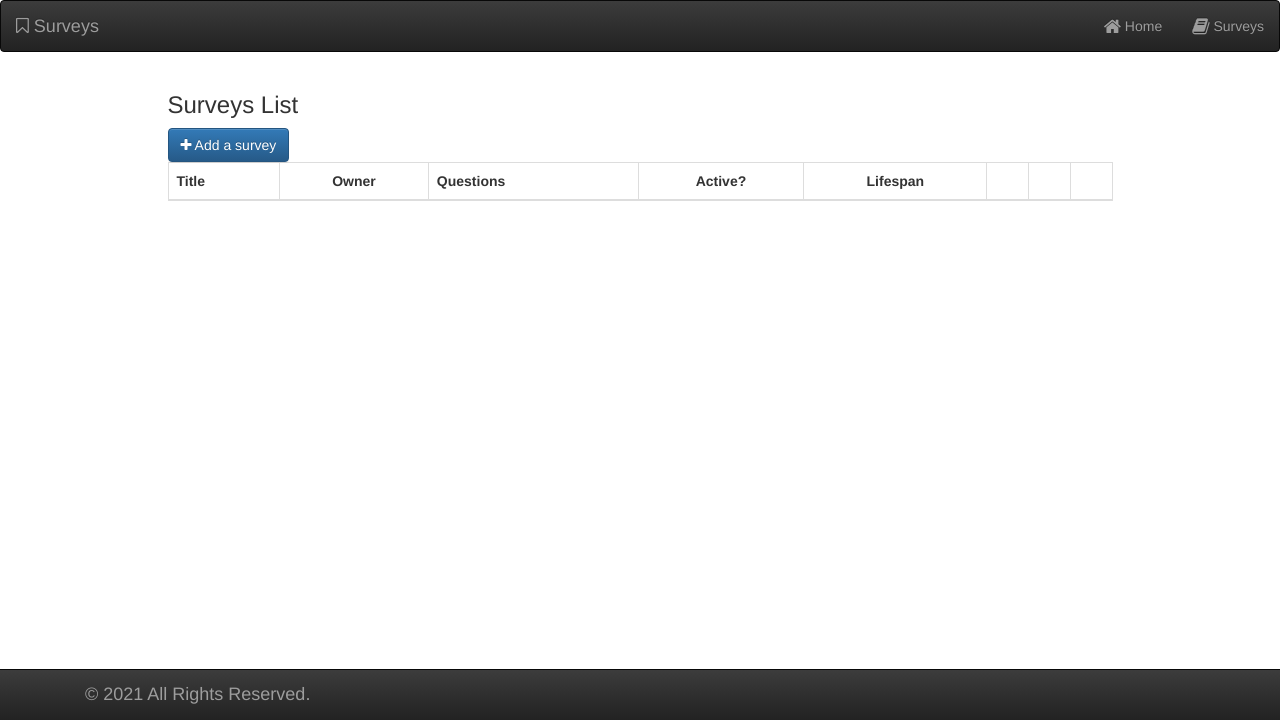
Repository: kelvinongtoronto/modern-survey
Page: http://localhost/surveys
An editor plug-in stored every save of this project. The page is shown before and after the next save, followed by the edit.
The browser window is 1280 px wide. The pictures show the whole page.
The page is served by the project's Node server (server.js). Queries for data that is not in the repository find no rows.

Above is the page before, as saved 2021-07-23 10:10:16.

After the next save:
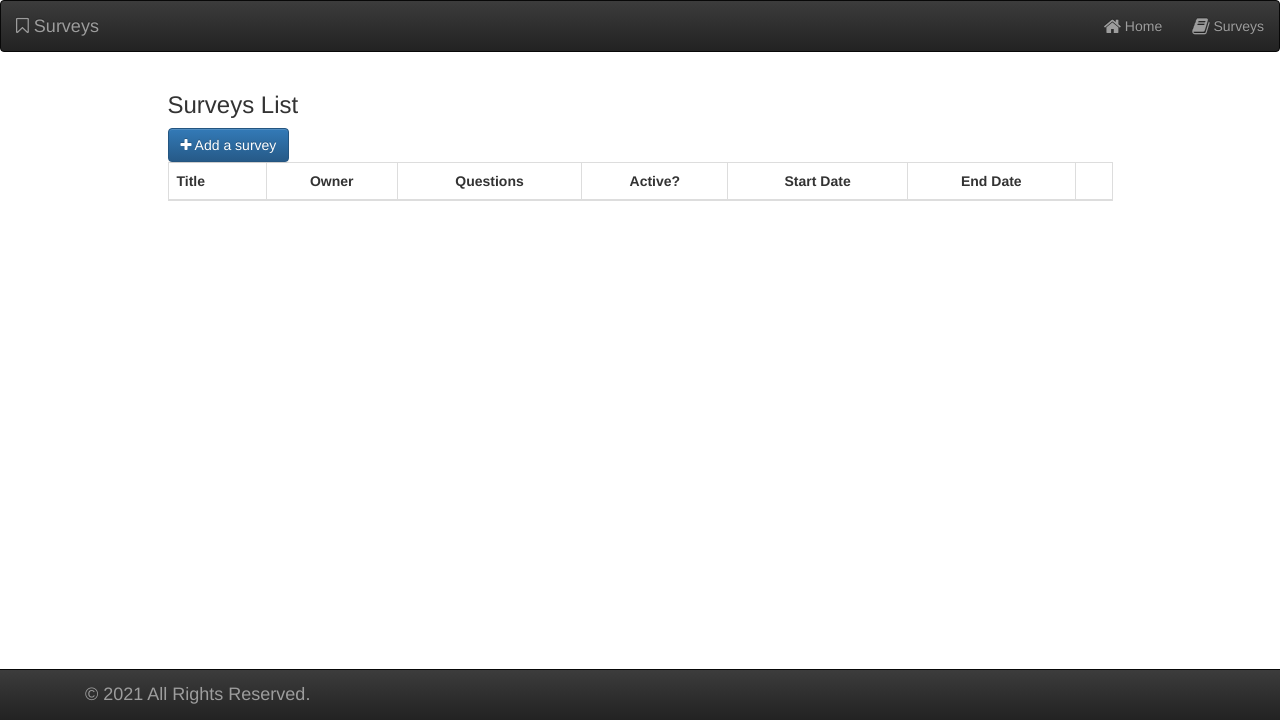
Saved 6 min 17 s later.
--- a/server/views/surveys/index.ejs
+++ b/server/views/surveys/index.ejs
@@ -12,14 +12,25 @@
             <thead>
               <!-- Header Row -->
               <tr>
-                <th>Title</th>
-                <th class="text-center">Owner</th>
-                <th class="col-4">Questions</th>
-                <th class="text-center">Active?</th>
-                <th class="text-center">Lifespan</th>
-                <th class="text-center"></th>
-                <th class="text-center"></th>
-                <th class="text-center"></th>
+                <% if(typeof displayName == 'string' && displayName) { %>
+                  <th>Title</th>
+                  <th class="text-center">Owner</th>
+                  <th class="text-center">Questions</th>
+                  <th class="text-center">Active?</th>
+                  <th class="text-center">Start Date</th>
+                  <th class="text-center">End Date</th>
+                  <th class="text-center"></th>
+                  <th class="text-center"></th>
+                  <th class="text-center"></th>
+                <% } else { %>
+                  <th>Title</th>
+                  <th class="text-center">Owner</th>
+                  <th class="text-center">Questions</th>
+                  <th class="text-center">Active?</th>
+                  <th class="text-center">Start Date</th>
+                  <th class="text-center">End Date</th>
+                  <th class="text-center"></th>
+                <% } %>
               </tr>
             </thead>
 
@@ -27,21 +38,33 @@
               <!-- Template Row -->
               <% for (let count = 0; count < surveys.length; count++) { %>
                 <tr>
-                  <td><%= surveys[count].Title %></td>
-                  <td class="text-center"><%= surveys[count].Owner %></td>
-                  <td class="col-4"><%= surveys[count].Questions %></td>
-                  <td class="text-center"><%= surveys[count].Active %></td>
-                  <td class="text-center"><%= surveys[count].Lifespan %></td>
+                  <% if(typeof displayName == 'string' && displayName) { %>
+                    <td><%= surveys[count].Title %></td>
+                    <td class="text-center"><%= surveys[count].Owner %></td>
+                    <td class="text-center"><%= surveys[count].Questions %></td>
+                    <td class="text-center"><%= surveys[count].Active %></td>
+                    <td class="text-center"><%= surveys[count].Lifespan %></td>
 
-                  <td class="text-center">
-                    <a href="/surveys/<%= surveys[count]._id %>" class="btn btn-primary btn-sm"> View</a>
-                  </td>
-                  <td class="text-center">
-                    <a href="/surveys/edit/<%= surveys[count]._id %>" class="btn btn-primary btn-sm"> Edit</a>
-                  </td>
-                  <td class="text-center">
-                    <a href="/surveys/delete/<%= surveys[count]._id %>" class="btn btn-danger btn-sm"> Delete</a>
-                  </td>
+                    <td class="text-center">
+                      <a href="/surveys/<%= surveys[count]._id %>" class="btn btn-primary btn-sm"> View</a>
+                    </td>
+                    <td class="text-center">
+                      <a href="/surveys/edit/<%= surveys[count]._id %>" class="btn btn-primary btn-sm"> Edit</a>
+                    </td>
+                    <td class="text-center">
+                      <a href="/surveys/delete/<%= surveys[count]._id %>" class="btn btn-danger btn-sm"> Delete</a>
+                    </td>
+                  <% } else { %>
+                    <td><%= surveys[count].Title %></td>
+                    <td class="text-center"><%= surveys[count].Owner %></td>
+                    <td class="text-center"><%= surveys[count].Questions.length %></td>
+                    <td class="text-center"><%= surveys[count].Active %></td>
+                    <td class="text-center"><%= surveys[count].StartDate %></td>
+                    <td class="text-center"><%= surveys[count].EndDate %></td>
+                    <td class="text-center">
+                      <a href="/surveys/<%= surveys[count]._id %>" class="btn btn-primary btn-sm"> View</a>
+                    </td>
+                  <% } %>
                 </tr>
               <% } %>
             </tbody>
